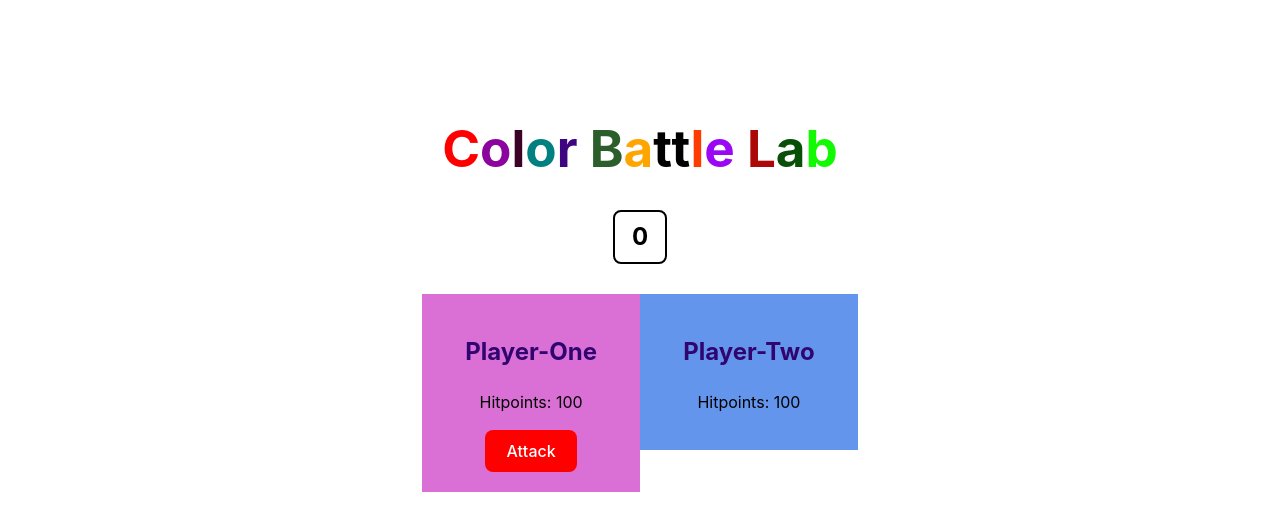
Repository: RAWdevX21/color-battle_lab-build
Page: /
These files come from the project's save history. The page is drawn as it stood at one moment and after the next save; the edit follows.
The browser window is 1280 px wide. The pictures show the whole page.
The project was rebuilt for these pictures with package versions that can differ from the ones it lists, and the page was loaded fresh each time. Also part of the build but not shown: vite.config.js.

Above is the page before, as saved 2023-08-17 02:42:17.

### index.html
<!doctype html>
<html lang="en">
  <head>
    <meta charset="UTF-8" />
    <link rel="icon" type="image/svg+xml" href="/vite.svg" />
    <meta name="viewport" content="width=device-width, initial-scale=1.0" />
    <title>Color Battle</title>
  </head>
  <body>
    <div id="root"></div>
    <script type="module" src="/src/main.jsx"></script>
  </body>
</html>

### src/App.jsx
import { useState } from "react";
import GameBanner from "./Components/GameBanner";
import Player from "./Components/PlayerInfo";
import "./App.css";

export default function App() {
  const [player1, setPlayer1] = useState({
    name: "Player-One",
    color: "orchid",
    hitpoints: 100,
    turn: true
  });

  const [player2, setPlayer2] = useState({
    name: "Player-Two",
    color: "cornflowerblue",
    hitpoints: 100,
    turn: false
  });

  const [dice, setDice] = useState(0);

  const handleAttack = (attacker, defender, setAttacker, setDefender) => {
    const damage = Math.floor(Math.random() * 6) + 1;
    setDice(damage);

    const updatedDefender = {
      ...defender,
      hitpoints: defender.hitpoints - damage
    };
    const updatedAttacker = { ...attacker, turn: false };

    setDefender(updatedDefender);
    setAttacker(updatedAttacker);

    // Switch turns
    if (attacker === player1) {
      setPlayer2({ ...player2, turn: true });
    } else {
      setPlayer1({ ...player1, turn: true });
    }

    // Check for game over
    if (updatedDefender.hitpoints <= 0) {
      alert(`${attacker.name} wins!`);
      // Reset game or any other logic you want to add
    }
  };

  return (
    <>
      <div className="wrapper">
        <GameBanner damagePoints={dice} />

        <div className="players-container">
          <div className="player-wrapper">
            <Player
              player={player1}
              onAttack={() =>
                handleAttack(player1, player2, setPlayer1, setPlayer2)
              }
            />
          </div>
          <div className="player-wrapper">
            <Player
              player={player2}
              onAttack={() =>
                handleAttack(player2, player1, setPlayer2, setPlayer1)
              }
            />
          </div>
        </div>
      </div>
    </>
  );
}

### src/index.css
:root {
  font-family: Inter, system-ui, Avenir, Helvetica, Arial, sans-serif;
  line-height: 1.5;
  font-weight: 400;

  color-scheme: light dark;
  background-color: #242424;

}

a {
  font-weight: 500;
  /* color: #646cff; */
  text-decoration: inherit;
}
a:hover {
  /* color: #535bf2; */
}

body {
  margin: 0;
  display: flex;
  place-items: center;
  min-width: 320px;
  min-height: 100vh;
}

h1 {
  font-size: 3.2em;
  line-height: 1.1;
}

button {
  border-radius: 8px;
  border: 1px solid transparent;
  padding: 0.6em 1.2em;
  font-size: 1em;
  font-weight: 500;
  font-family: inherit;
  background-color: #1a1a1a;
  cursor: pointer;
  transition: border-color 0.25s;
}
button:hover {
  border-color: #646cff;
}
button:focus,
button:focus-visible {
  outline: 4px auto -webkit-focus-ring-color;
}

@media (prefers-color-scheme: light) {
  :root {
    background-color: #ffffff;
  }
  a:hover {
    color: #747bff;
  }
  button {
    background-color: #f9f9f9;
  }
}

### src/Components/GameBanner.jsx
import './GameBanner.css';
import Die from "./Die";

const GameBanner = ({ damagePoints }) => {
    return (
      <div className="banner">
        <h1>
          <span className="banner--c">C</span>
          <span className="banner--o">o</span>
          <span className="banner--l">l</span>
          <span className="banner--o2">o</span>
          <span className="banner--r">r</span>
          &nbsp;
          <span className="banner--b">B</span>
          <span className="banner--a">a</span>
          <span className="banner--t">t</span>
          <span className="banner--t">t</span>
          <span className="banner--l2">l</span>
          <span className="banner--e">e</span>
          &nbsp;
          <span className="banner--l3">L</span>
          <span className="banner--a2">a</span>
          <span className="banner--b2">b</span>
        </h1>
        <div className="damage-points">
          <Die value={damagePoints} />
        </div>
      </div>
    );
}

export default GameBanner;

### src/Components/PlayerInfo.jsx
import "./PlayerInfo.css";

const Player = ({ player, onAttack }) => {
  return (
    <div className="player" style={{ backgroundColor: player.color }}>
      <h2>{player.name}</h2>
      <p>Hitpoints: {player.hitpoints}</p>
      {player.turn && (
        <button className="attack-button" onClick={onAttack}>
          Attack
        </button>
      )}
    </div>
  );
};

export default Player;

### src/App.css
#root {
  /* max-width: 1280px; */
  margin: 0 auto;
  padding: 2rem;
  text-align: center;
}

h2 {
  color: rgb(49, 5, 112);
}

.players-container {
    display: flex;
}

.player-wrapper {
    flex: 1; /* This will make each player-wrapper take up equal space */
    height: 50vh; /* This will make each player-wrapper three times its current length */
    box-sizing: border-box; /* This ensures padding and border are included in the width */
}

### src/Components/GameBanner.css
.banner {
    text-align: center;
    padding: 20px;
    background-color: #ffffff;
    color: black;
}

.damage-points {
    margin-top: 10px;
    font-size: 6rem;
}

.banner h1 span.banner--c { color: red; }
.banner h1 span.banner--o { color: rgb(140, 4, 158); }
.banner h1 span.banner--l { color: rgb(60, 1, 38); }
.banner h1 span.banner--o2 { color: teal; }
.banner h1 span.banner--r { color: rgb(62, 5, 131); }
.banner h1 span.banner--b { color: rgb(43, 94, 43); }
.banner h1 span.banner--a { color: orange; }
.banner h1 span.banner--t { color: black; }
.banner h1 span.banner--l2 { color: rgb(255, 60, 0); }
.banner h1 span.banner--e { color: rgb(153, 7, 245); }
.banner h1 span.banner--l3 { color: rgb(172, 8, 8); }
.banner h1 span.banner--a2 { color: rgb(8, 80, 8); }
.banner h1 span.banner--b2 { color: rgb(17, 250, 1); }

### src/Components/Die.jsx
import "./Die.css";

const Die = ({ value }) => {
  return <div className="die-container">{value}</div>;
};

export default Die;

### src/Components/PlayerInfo.css
.player {
    padding: 20px;
    box-sizing: border-box;
    background-color: #f5f5f5;
}

.attack-button {
    padding: 10px 20px;
    background-color: red;
    color: white;
    cursor: pointer;
}

### src/Components/Die.css
.die {
    text-align: center;
    font-size: 20px;
    margin-top: 20px;
}

.die-container {
    width: 50px;
    height: 50px;
    border: 2px solid black;
    border-radius: 8px;
    display: flex;
    align-items: center;
    justify-content: center;
    font-size: 24px;
    font-weight: bold;
    margin: 10px auto;
}

Loaded but not shown: src/main.jsx (common file)

After the next save:
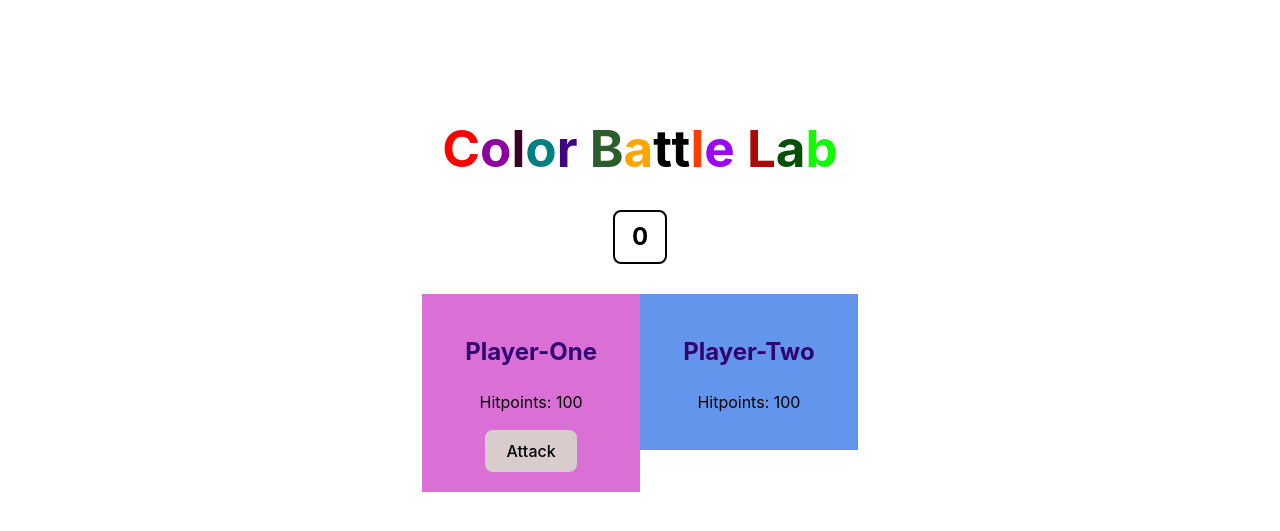
Saved 23 s later.
--- a/src/Components/PlayerInfo.css
+++ b/src/Components/PlayerInfo.css
@@ -6,7 +6,7 @@
 
 .attack-button {
     padding: 10px 20px;
-    background-color: red;
-    color: white;
+    background-color: rgb(216, 204, 204);
+    color: black;
     cursor: pointer;
 }
